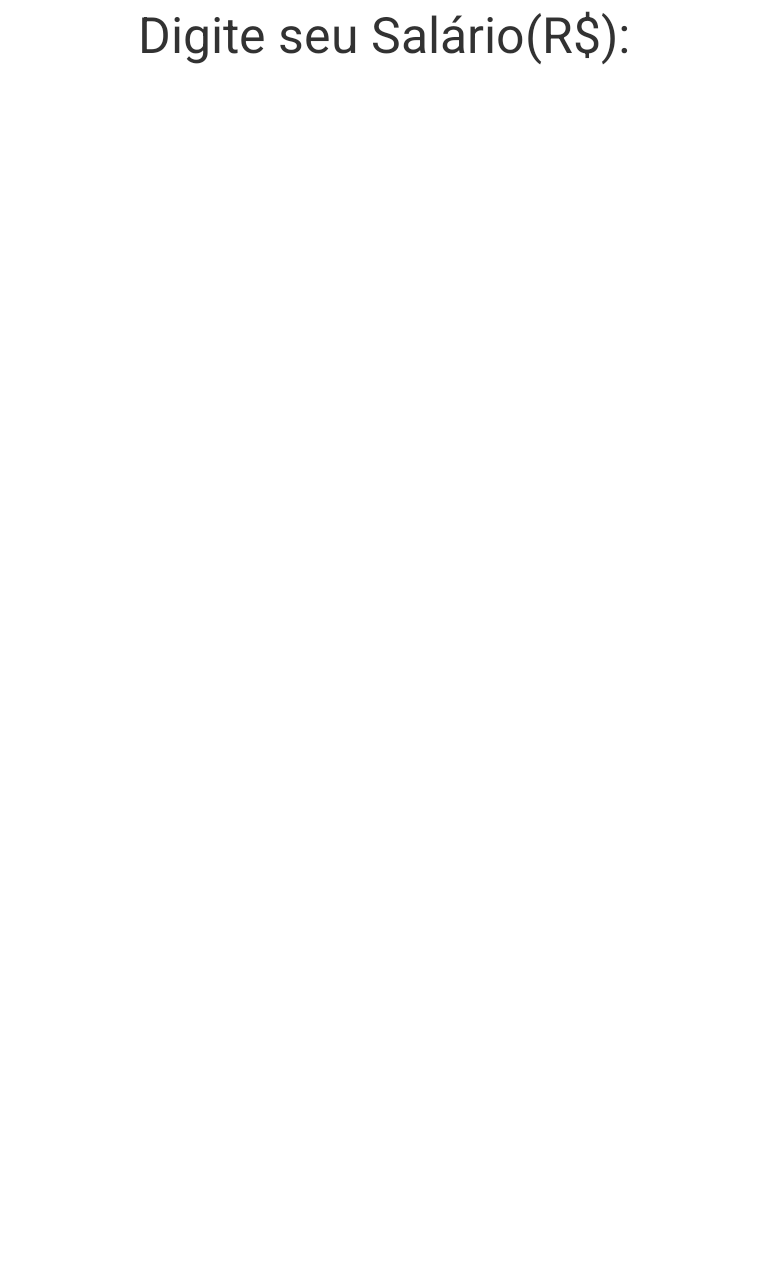
Repository: Rennanxp2/Android_Exercices_done
Layout: Exercícios Android 2/Ex3/res/layout/activity_salario.xml
The author's editor kept a copy of each file at every save. The layout is drawn from the files as they stood at one save, then again after the next save.
It is drawn on a 768 x 1280 px phone screen (xhdpi) without system bars, with theme AppTheme; the app's code is not run.

Above is the layout before, as saved 2017-09-26 04:13:54.

### Exercícios Android 2/Ex3/res/layout/activity_salario.xml
<LinearLayout xmlns:android="http://schemas.android.com/apk/res/android"
    xmlns:tools="http://schemas.android.com/tools"
    android:id="@+id/LinearLayout1"
    android:layout_width="match_parent"
    android:layout_height="match_parent"
    android:orientation="vertical"
    tools:context="${relativePackage}.${activityClass}" >

    <LinearLayout
        android:layout_width="match_parent"
        android:gravity="center"
        android:layout_height="wrap_content" >

        <TextView
            android:id="@+id/textView1"
            android:layout_width="wrap_content"
            android:layout_height="wrap_content"
            android:layout_gravity="center"
            android:textSize="25dp"
            android:text="Digite seu Salário(R$):" />

    </LinearLayout>

    <LinearLayout
        android:layout_width="match_parent"
        android:layout_height="wrap_content" >
    </LinearLayout>

</LinearLayout>

Loaded but not shown: Exercícios Android 2/Ex3/res/values/styles.xml (common file); Exercícios Android 2/Ex3/res/values-v11/styles.xml (common file); Exercícios Android 2/Ex3/res/values-v14/styles.xml (common file)

After the next save:
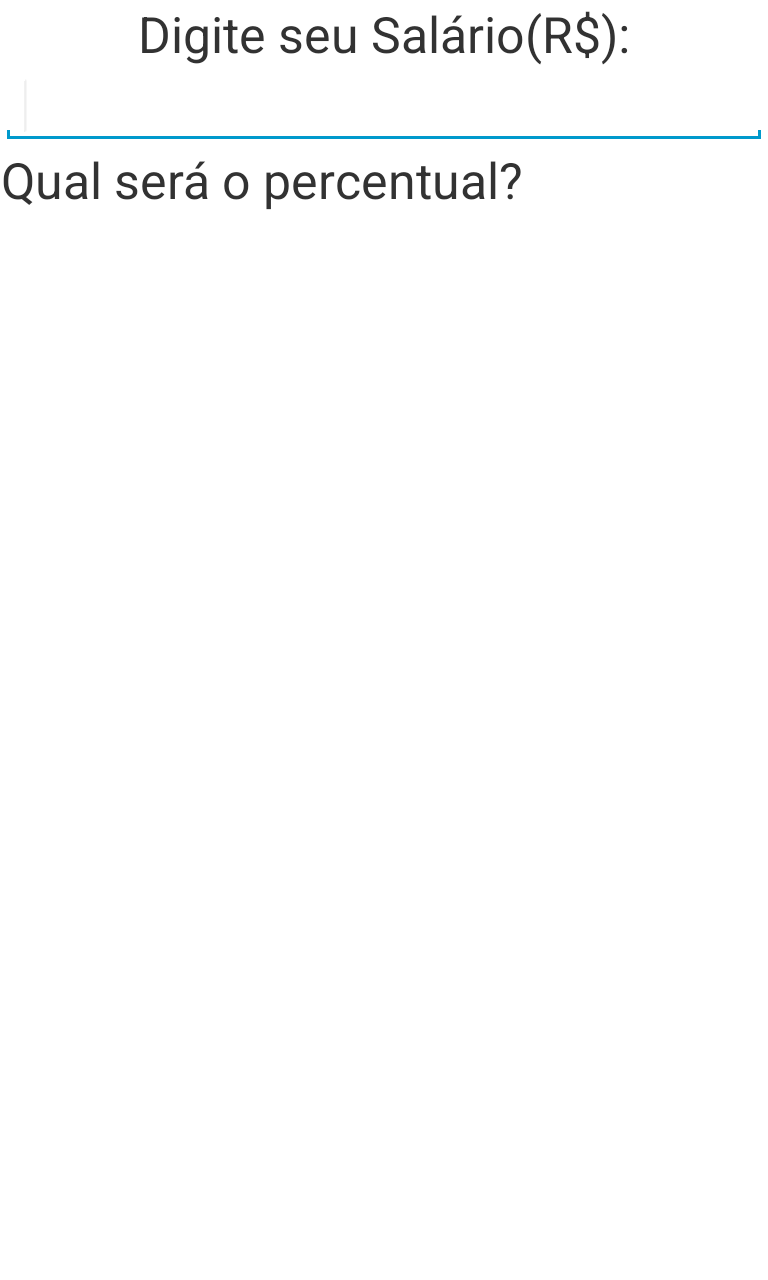
Saved 3 min 39 s later.
--- a/Exercícios Android 2/Ex3/res/layout/activity_salario.xml
+++ b/Exercícios Android 2/Ex3/res/layout/activity_salario.xml
@@ -24,6 +24,32 @@
     <LinearLayout
         android:layout_width="match_parent"
         android:layout_height="wrap_content" >
+
+        <EditText
+            android:id="@+id/editText1"
+            android:layout_width="wrap_content"
+            android:layout_height="wrap_content"
+            android:layout_weight="1"
+            android:ems="10" >
+
+            <requestFocus />
+        </EditText>
+
+    </LinearLayout>
+
+    <LinearLayout
+        android:layout_width="match_parent"
+        android:layout_height="wrap_content" >
+
+        <TextView
+            android:id="@+id/textView2"
+            android:layout_width="wrap_content"
+            android:layout_height="wrap_content"
+            android:gravity="center"
+            android:layout_gravity="center"
+            android:textSize="25dp"
+            android:text="Qual será o percentual?" />
+
     </LinearLayout>
 
 </LinearLayout>
